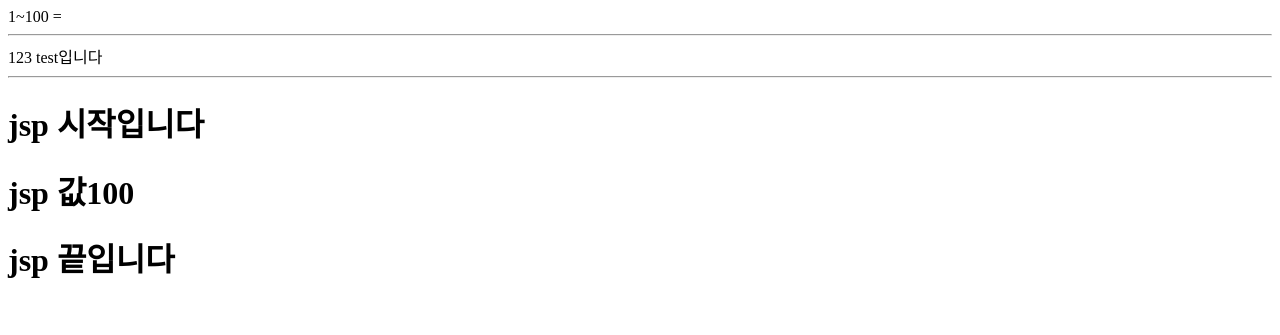
Repository: ryu1917/jsp
Page: http://localhost/jsp/test.jsp
The author's editor kept a copy of each file at every save. The page is drawn from the files as they stood at one save, then again after the next save.
The browser window is 1280 px wide. The pictures show the whole page.
The page is served by Tomcat 9.

Above is the page before, as saved 2021-04-20 10:19:20.

### workspace/jsp/src/main/webapp/test.jsp
<%@ page language="java" contentType="text/html; charset=EUC-KR"
    pageEncoding="EUC-KR"%>
<!DOCTYPE html>
<html>
<head>
<meta charset="utf-8">
<title>Insert title here</title>
</head>
<body>
<%int sum=0; %>
<%="1~100 = " %>


<hr>
<% int num2=123; %>
<%= num2 %>
<%= "test입니다" %>	<%--out.print와 비슷 --%>
<hr>
	<h1>jsp 시작입니다</h1>
	<%--jsp전체주석 --%>
	<%
		int num=100;
	System.out.print(num);//콘솔로 출력
	out.print("<h1>jsp 값"+num+"</h1>");
	%>
	<h1>jsp 끝입니다</h1>
</body>
</html>

After the next save:
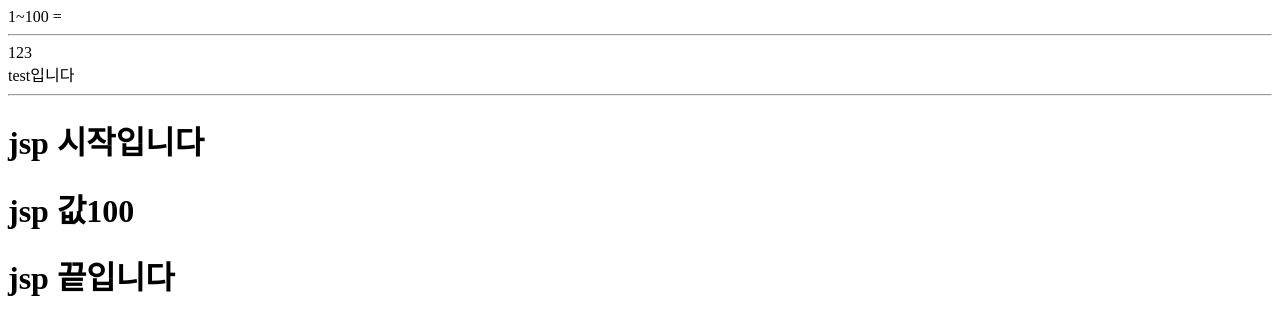
Saved 24 s later.
--- a/workspace/jsp/src/main/webapp/test.jsp
+++ b/workspace/jsp/src/main/webapp/test.jsp
@@ -13,7 +13,7 @@
 
 <hr>
 <% int num2=123; %>
-<%= num2 %>
+<%= num2 %><br>
 <%= "test입니다" %>	<%--out.print와 비슷 --%>
 <hr>
 	<h1>jsp 시작입니다</h1>
